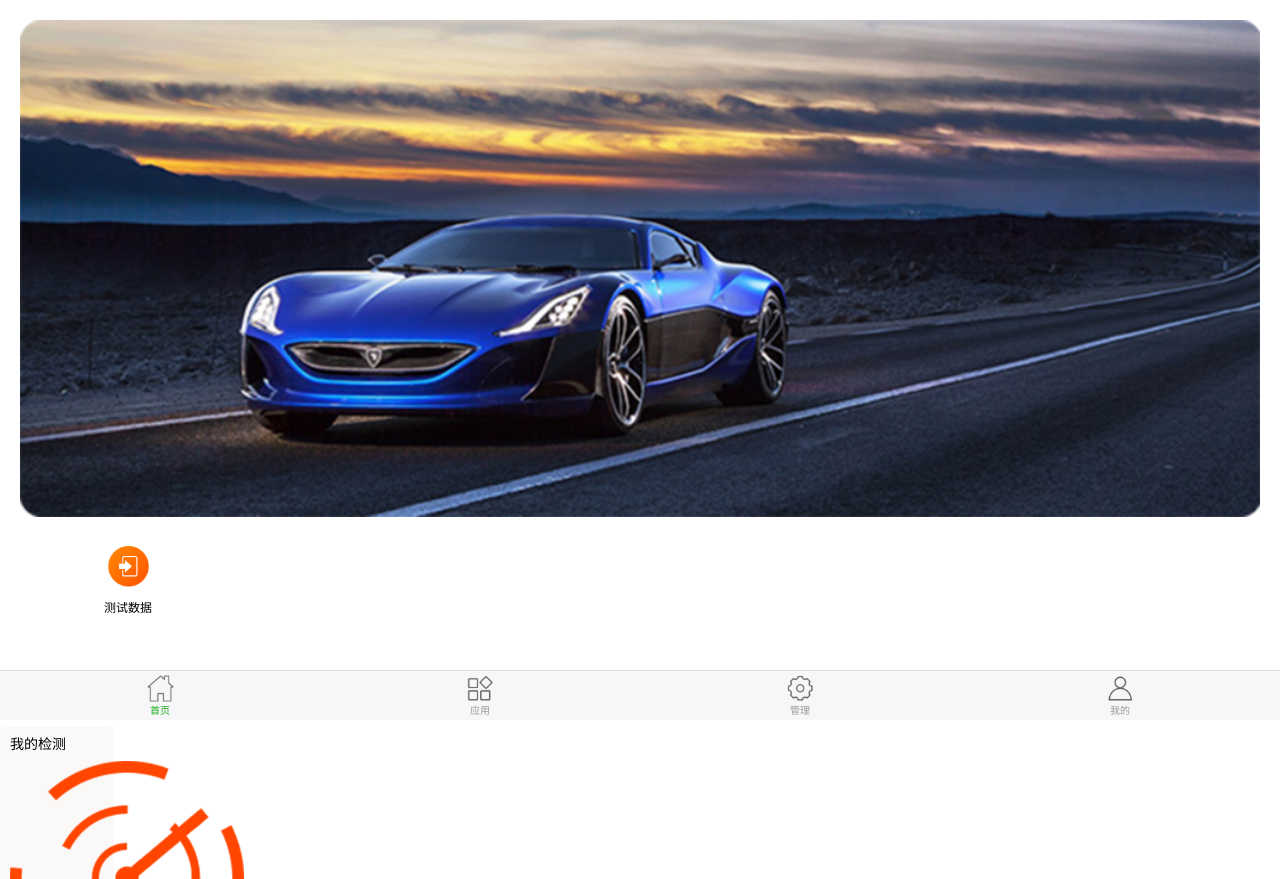
Repository: family-car/car
Page: index.html
The author's editor kept a copy of each file at every save. The page is drawn from the files as they stood at one save, then again after the next save.
The browser window is 1280 px wide. The pictures show the whole page.

Above is the page before, as saved 2020-05-11 20:34:03.

### index.html
<!-- HTML5文件 -->
<!DOCTYPE html>
<html>
<head>
	<meta charset="utf-8" />
	<meta name="viewport" content="width=device-width,minimum-scale=1.0,maximum-scale=1.0,user-scalable=no"/>
	<meta content="telephone=no,email=no" name="format-detection">
	<meta name="wap-font-scale" content="no">
	<title>商城</title>
	<!-- ui框架引入css -->
	<link href="lib/weui/weui.min.css" rel="stylesheet" type="text/css" />
	<link href="lib/weui/jquery-weui.min.css" rel="stylesheet" type="text/css" />
	<!-- 公用样式css -->
	<link href="src/css/base.css" rel="stylesheet" type="text/css" />
	<!-- 界面引入css -->
  <link href="src/css/app/index.css" rel="stylesheet" type="text/css" />
  <!-- jquery引入 -->
  <script type="text/javascript" src="lib/jquery/jquery-2.1.4.min.js"></script>
  <script type="text/javascript" src="lib/unit.js"></script>
</head>
<body>

<div class="main bot44">
  <header>

  </header>
  <div class="banner">
      <div class="bannerList"><img src="src/image/banner3x.png"/></div>
  </div>
  <!-- swiper -->
  <div class="swiper-container swpierList" slot="pagination">
    <div class="swiper-wrapper">
      <div class="swiper-slide"></div>
    </div>
    <div class="swiper-pagination"></div>
  </div>
  <!-- subject -->
  <div class="subject cf">
     <div class="fl">
       <dl class="myCheck">
         <dt>我的检测</dt>
         <dd><img src="src/image/check.png"/></dd>
       </dl>
     </div>
     <div class="fl"></div>
  </div>
  <!-- footer -->
  <footer class="footer">
    <div class="weui-tabbar">
      <a href="javascript:;" class="weui-tabbar__item weui-bar__item--on">
        <div class="weui-tabbar__icon">
          <img src="src/image/index3x.png" alt="">
        </div>
        <p class="weui-tabbar__label">首页</p>
      </a>
      <a href="javascript:;" class="weui-tabbar__item">
        <div class="weui-tabbar__icon">
          <img src="src/image/apply3x.png" alt="">
        </div>
        <p class="weui-tabbar__label">应用</p>
      </a>
      <a href="javascript:;" class="weui-tabbar__item">
        <div class="weui-tabbar__icon">
          <img src="src/image/manage3x.png" alt="">
        </div>
        <p class="weui-tabbar__label">管理</p>
      </a>
      <a href="javascript:;" class="weui-tabbar__item">
        <div class="weui-tabbar__icon">
          <img src="src/image/mine3x.png" alt="">
        </div>
        <p class="weui-tabbar__label">我的</p>
      </a>
    </div>
  </footer>
</div>

<!-- jquery引入 -->
<script type="text/javascript" src="lib/jquery/swiper.js"></script>
<script type="text/javascript" src="src/js/entry/index.js"></script>
</body>
</html>

### src/css/base.css
*,
*:after,
*:before {
    -webkit-box-sizing: border-box;
    box-sizing: border-box;
}
[v-cloak] {
  display: none;
}
a,
blockquote,
body,
code,
dd,
div,
dl,
dt,
em,
fieldset,
form,
h1,
h2,
h3,
h4,
h5,
h6,
iframe,
img,
input,
label,
li,
object,
ol,
p,
q,
small,
span,
strong,
table,
tbody,
td,
th,
tr,
ul {
    margin: 0;
    padding: 0;
    border: 0;
}
input{
	outline: none;
}
body,
html {
    width: 100%;
}

body {
    margin: 0 auto;
    line-height: 1;
    font-size: 14px;
    font-family: 'STHeiti', 'Microsoft YaHei', Helvetica, Arial, sans-serif;
    -webkit-text-size-adjust: none;
    -webkit-tap-highlight-color: rgba(0, 0, 0, 0);
}

h1,
h2,
h3,
h4,
h5,
h6 {
    font-size: .28rem;
    font-weight: normal;
}

a,
a:active,
a:focus,
a:hover,
a:visited {
    text-decoration: none;
    color: #393939;
}

a,
img {
    -webkit-touch-callout: none;
}

li,
ol,
ul {
    list-style: none;
}

input[type="password"],
input[type="tel"],
input[type="text"],
select,
textarea {
    display: block;
    width: 100%;
    line-height: 1.2;
    font-size:14px;
    resize: none;
    outline: 0;
    vertical-align: middle;
    background-color: #fff;
    background-image: none;
    border: 0;
    white-space: pre-wrap;
    word-wrap: break-word;
    -webkit-appearance: none;
}

p {
    background-color: transparent;
    word-break: break-all;
}

em,
i {
    font-style: normal;
}
@font-face {
    font-family: 'iconfont';
    src: url("../font/icomoon.eot");
    src: url("../font/icomoon.eot?#iefix") format("embedded-opentype"), url("../font/icomoon.ttf") format("truetype"), url("../font/icomoon.svg#iconfont") format("svg");
}

html {
    background: #fff;
}

body {
    background: #fff;
    color: #000;
}

.fl {
    float: left;
}

.fr {
    float: right;
}

.cf:after {
    display: block;
    clear: both;
    content: "";
    visibility: hidden;
    height: 0;
}

.tr {
    text-align: right;
}

.tc {
    text-align: center;
}

.td-underline {
    text-decoration: underline;
}

.tm {
    vertical-align: middle;
}
.boxSizing{
    box-sizing:border-box;
    -moz-box-sizing:border-box; /* Firefox */
    -webkit-box-sizing:border-box;
}

.flex {
    display: -webkit-box !important;
    display: -webkit-flex !important;
    display: -ms-flexbox !important;
    display: flex !important;
    -webkit-flex-wrap: wrap;
    -ms-flex-wrap: wrap;
    flex-wrap: wrap;
}

.flex .cell {
    -webkit-box-flex: 1;
    -webkit-flex: 1;
    -ms-flex: 1;
    flex: 1;
    width: 0;
    -webkit-flex-basis: 0;
    -ms-flex-preferred-size: 0;
    flex-basis: 0;
    max-width: 100%;
    display: block;
    padding: 0 !important;
    position: relative;
}
.flex .cell2{
    -webkit-box-flex: 2;
    -webkit-flex: 2;
    -ms-flex: 2;
    flex: 2;
}


.flex .cell.hide {
    display: none;
}

.flex .flex-130 {
    -webkit-box-flex: 150!important;
    -webkit-flex: 130!important;
    -ms-flex: 130!important;
    flex: 130!important;
}

.flex .flex-200 {
    -webkit-box-flex: 200!important;
    -webkit-flex: 200!important;
    -ms-flex: 200!important;
    flex: 200!important;
}

.flex-center {
    -webkit-box-pack: center;
    -webkit-justify-content: center;
    justify-content: center;
    -webkit-box-align: center;
    -webkit-align-items: center;
    align-content: center;
}
.flex-between {
    -webkit-box-pack: center;
    -webkit-justify-content: space-between;
    justify-content: space-between;
    -webkit-box-align: center;
    -webkit-align-items: center;
    align-content: center;
}

.img-responsive {
    display: inline-block;
    width: 100%;
}

.bg-white {
    background: #fff;
}

.bg-orange {
    background: #fa462d;
}

.bg-blue {
    background: #246EBE;
}
.bg-green{color:#0BA66D;}
.bg-light-green{color:#56dfb3;}
.bg-gray {
    background: #f3f4f6;
}

.bg-light-yellow {
    background: #fbf8ec;
}

.bg-disabled {
    background: #9d9d9d;
}

.color-blue {
    color: #246EBE;
}

.color-muted {
    color: #9d9d9d;
}

.color-orange {
    color: #fa462d;
}

.color-white {
    color: #fff;
}

.color-gray {
    color: #848689;
}
.color-green{color:#0BA66D;}
.color-light-green{color:#56dfb3;}
.color-red{color:#f23030;}
.color-block{color:#393939;}

.relative {
    position: relative;
}

.overflow {
    overflow: hidden;
}

.ellipsis {
    white-space: nowrap;
    overflow: hidden;
    text-overflow: ellipsis;
}

.clamp {
    display: -webkit-box;
    overflow: hidden;
    text-overflow: ellipsis;
    -webkit-line-clamp: 2;
    -webkit-box-orient: vertical;
}

.animate {
    -webkit-animation-play-state: paused;
}

.hide {
    display: none;
}

.footbar-default .coagent span:before,
.iconfont,
.panel-selector .list li .fr:after,
.select:before {
    font-family: "iconfont" !important;
    font-size: .28rem;
    font-style: normal;
    -webkit-font-smoothing: antialiased;
    -webkit-text-stroke-width: 2px;
    -moz-osx-font-smoothing: grayscale;
}
.btn {
    display: inline-block;
    padding: .18rem .2rem;
    vertical-align: middle;
    font-size: .26rem;
    font-weight: normal;
    line-height: 1;
    text-align: center;
    white-space: nowrap;
    background-image: none;
    border: 1px solid transparent;
    border-radius: .06rem;
    cursor: pointer;
    outline: 0;
    -webkit-appearance: none;
    -webkit-user-select: none;
    -moz-user-select: none;
    -ms-user-select: none;
    user-select: none;
}

.btn-default {
    color: #393939;
    background-color: #fff;
    border-color: #ccc;
}

.btn-primary {
    color: #fff;
    background-color: #0ba66d;
    border-color: #0ba66d;
}

.btn-primary-outline {
    color: #0ba66d;
    background-color: #fff;
    border-color: #0ba66d;
}

.btn-default-outline {
    color: #393939;
    background-color: #fff;
    border-color: #d7d7d7;
}

.btn-disabled {
    color: #fff;
    background-color: #9d9d9d;
    border-color: #9d9d9d;
}

.btn-block {
    display: block;
    width: 100%;
    padding-left: 0;
    padding-right: 0;
}

.btn-primary:active {
    color: #fff;
    background-color: #0ba66d;
    border-color: #0ba66d;
}

.btn-disabled:active {
    color: #fff;
    background-color: #9d9d9d;
    border-color: #9d9d9d;
}

.btn-default:active {
    color: #393939;
    background-color: #d7d7d7;
    border-color: #d7d7d7;
}

.btn-search {
    padding: .06rem .1rem;
    margin-left: .05rem;
    line-height: .4rem;
}

.pd8 {
    padding-right: .8rem;
    padding-left: .8rem;
}

.badge-outline {
    background: #fff;
    border: 1px solid #0ba66d;
    color: #0ba66d;
}

.no_info {
    color: #9d9d9d;
    line-height: 2.2rem;
    text-align: center;
}

.footbar {
    position: fixed;
    left: 0;
    right: 0;
    bottom: 0;
    z-index: 999999;
}
.footbar-default {
    height: 1.01rem;
    background-color: #fff;
    border-top: 1px solid #d7d7d7;
}
/*字体*/
.icon-detail:before {
    content: '\e93b';
}
.icon-floder:before {
    content: '\e91b';
}
.icon-home:before {
    content: '\e901';
}
.icon-order:before {
    content: '\e908';
}
.icon-mine:before {
    content: '\e905';
}
.icon-upload::before{
    content: '\e91c';
}
.icon-add::before{
    content: '\e91e';
}
.icon-detele::before{
    content: '\e920';
}
.icon-warn::before{
    content: '\e91a';
}
.icon-arrow::before{
    content:'\e916'
}
.icon-course::before{
    content:'\e908'
}

 #loading{
     position:fixed;
     top:0;left:0;
     width:100%;height:100%;
     background: rgba(0,0,0,.7);
     z-index:999;
}
 #loading .loader-01{
     position:absolute;top:50%;left:50%;
     width:60px;height:60px;
     margin-top:-30px;
     margin-left:-30px;
     color: #fff;
}

### src/css/app/index.css
body, html {
    height: 100%;
    overflow: hidden;
}
.banner{
    padding: 20px;
}
.bannerList{
    overflow: hidden;
    width: 100%;
    border-radius: 2px;
}
.bannerList img{
    width: 100%;
    height:100%;
}
.swpierList .iconList{
    float: left;
    width: 20%;
    text-align: center;
    margin: .4rem 0;
}

.iconList img{
    height: 41px;
    width: 41px;
}
.iconList p{
    font-size: 12px;
    font-weight: 100;
    line-height: 38px;
}
.myCheck{
    height: 152px;
    width: 114px;
    padding: 0 10px;
    background: #FBF9F8;
    border-radius: 4px;
}
.myCheck dt{
    line-height: 34px;
}

### src/js/entry/index.js
/**  默认加载  **/
$(function () {
    var  process={
        iconList:[{name:"接车进店",image:"src/image/join3x.png"},
            {name:"维保开单",image:"src/image/repair.png"},
            {name:"快速洗车",image:"src/image/wash.png"},
            {name:"车辆检测",image:"src/image/check.png"},
            {name:"待施工",image:"src/image/construct3x.png"},
            {name:"待完工",image:"src/image/complete.png"},
            {name:"完工质检",image:"src/image/quality.png"},
            {name:"待结算",image:"src/image/account.png"},
            {name:"客户查询",image:"src/image/inquiry.png"},
            {name:"预约订单",image:"src/image/bill3x.png"},
            {name:"测试数据",image:"src/image/join3x.png"},
        ],
        init:function(){
            this.swiper();
        },
        pages () {
            const pages = []
            this.iconList.forEach((item, index) => {
              const page = Math.floor(index / 10)
              if (!pages[page]) {
                pages[page] = []
              }
              pages[page].push(item)
            })
            return pages
        },
        swiper:function () {
            /*加载轮播列表*/
            let swpier = []
            let temp = []
            $.each(this.pages(),function(n,item){
                temp.push(`<div class="swiper-slide">`);
                $.each(item,function(n,v){
                    temp.push(`<div class="iconList">`);
                    temp.push(`<img class="icon-img-content" src="${v.image}" alt="" />`);
                    temp.push(`<p class="icon-desc">${v.name}</p>`);
                    temp.push(`</div>`);
                })
                temp.push(`</div>`);
            })
            $(".swiper-wrapper").html(temp.join(''))
            /*  轮播效果加载   */
            $(".swiper-container").swiper({
                loop: true,
                autoplayDisableOnInteraction: false,
                autoplay: 3000,
                pagination: {
                    el: '.swiper-pagination',
                },
            });
        },
    };

    window.onload = function(){
        process.init();
    }


})

Loaded but not shown: lib/weui/weui.min.css (library); lib/weui/jquery-weui.min.css (library); lib/jquery/jquery-2.1.4.min.js (library); lib/unit.js (library); lib/jquery/swiper.js (library)

After the next save:
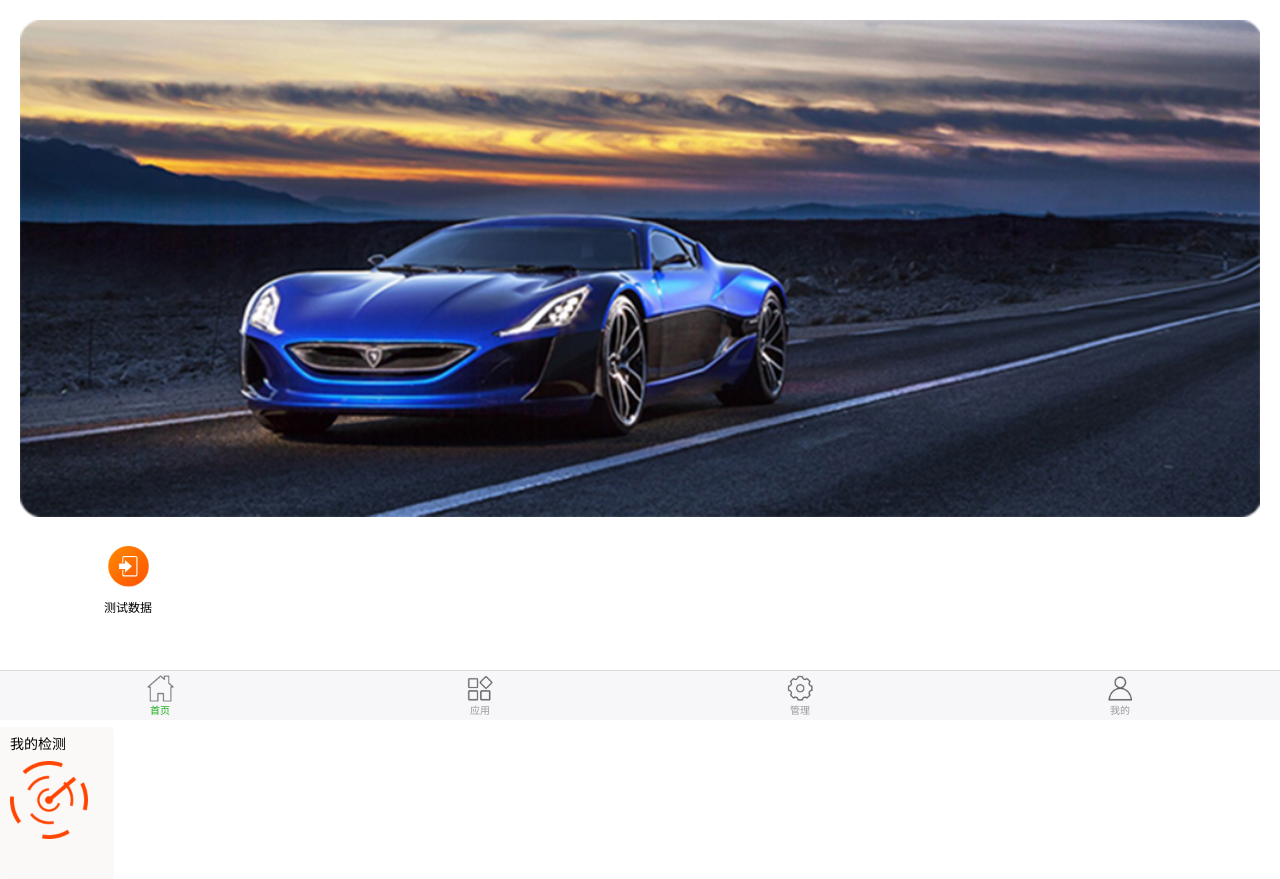
Saved 30 s later.
--- a/src/css/app/index.css
+++ b/src/css/app/index.css
@@ -40,3 +40,7 @@ body, html {
 .myCheck dt{
     line-height: 34px;
 }
+.myCheck dd img{
+    height: 78px;
+    width: 78px;
+}
